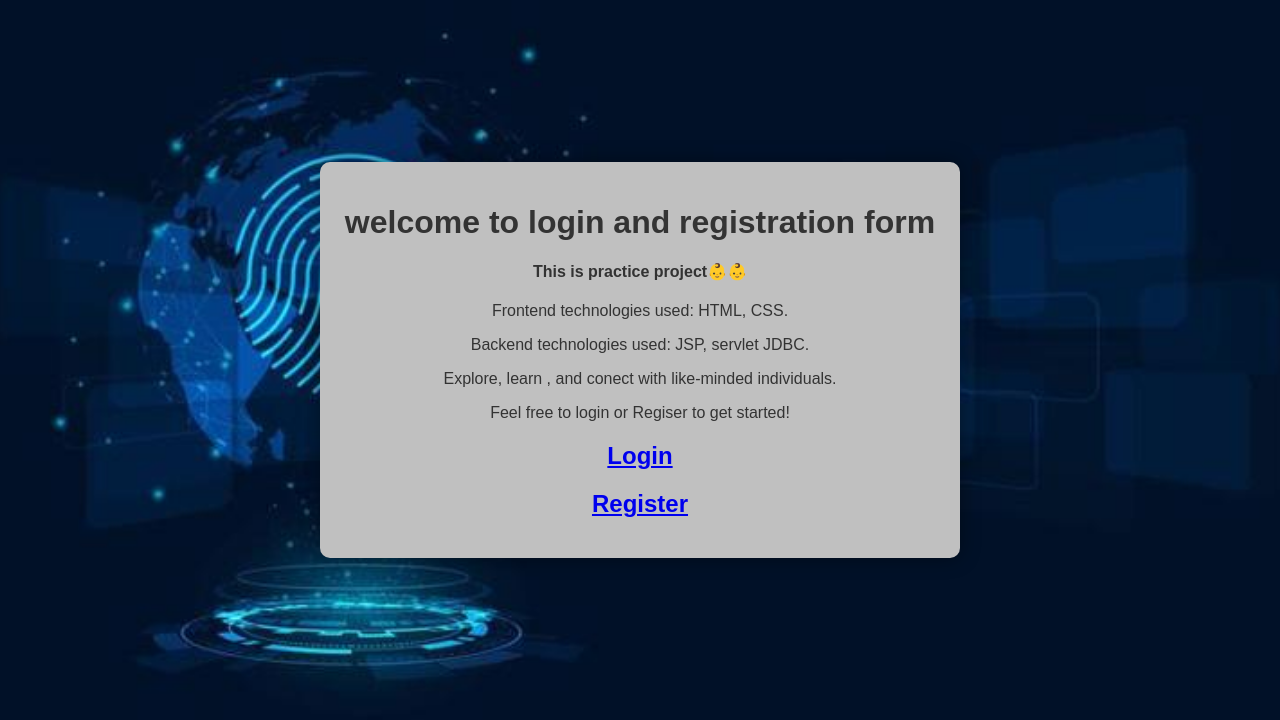
Repository: Rajivkumar2023/java-practice
Page: http://localhost/Login-Registration/
An editor plug-in stored every save of this project. The page is shown before and after the next save, followed by the edit.
The browser window is 1280 px wide. The pictures show the whole page.
The page is served by Tomcat 10. Other server files are loaded and not shown.

Above is the page before, as saved 2024-07-31 09:32:37.

### Login-Registration/src/main/webapp/index.html
<!DOCTYPE html>
<html>
<head>
<meta charset="UTF-8">
<title>Insert title here</title>
<link rel="stylesheet" type="text/css" href="index.css">
</head>
<body>
<div class="containter">
	<h1> welcome to login and registration form</h1>
	<h4><b>This is practice project👶👶</b></h4>
	<p>Frontend technologies used: HTML, CSS. </p>
	<P> Backend technologies used: JSP, servlet JDBC.</P>
	<P> Explore, learn , and conect with like-minded individuals.</P>
	<p> Feel free to login or Regiser to get started!</p>
	<div class="links">
		<a href="login.jsp"><h2>Login</h2></a>

		<a href="register.jsp"><h2>Register</h2></a>
	</div>
</div>
</body>
</html>

### Login-Registration/src/main/webapp/index.css
@charset "UTF-8";
body{
	align-items:center;
	background-color:#BEFD6C;
	font-family:'Arial', sans-sarif;
	justify-content:center;
	height:100vh;
	margin:0;
	background-color:#BEFD6C;
	background-image:url('background_img.jpg');
	background-size:cover;
	background-position:center center;
	background-repeat: no-repeat;
	color:#333;
	display:flex;
	flex-direction:column;
}
.containter{
	width:600px;
	padding:20px;
	border-radius:10px;
	box-shadow: 0 0 20px rgba(0,0,1,0.4);
	background-color:#c0c0c0;
	text-align:center;

}

After the next save:
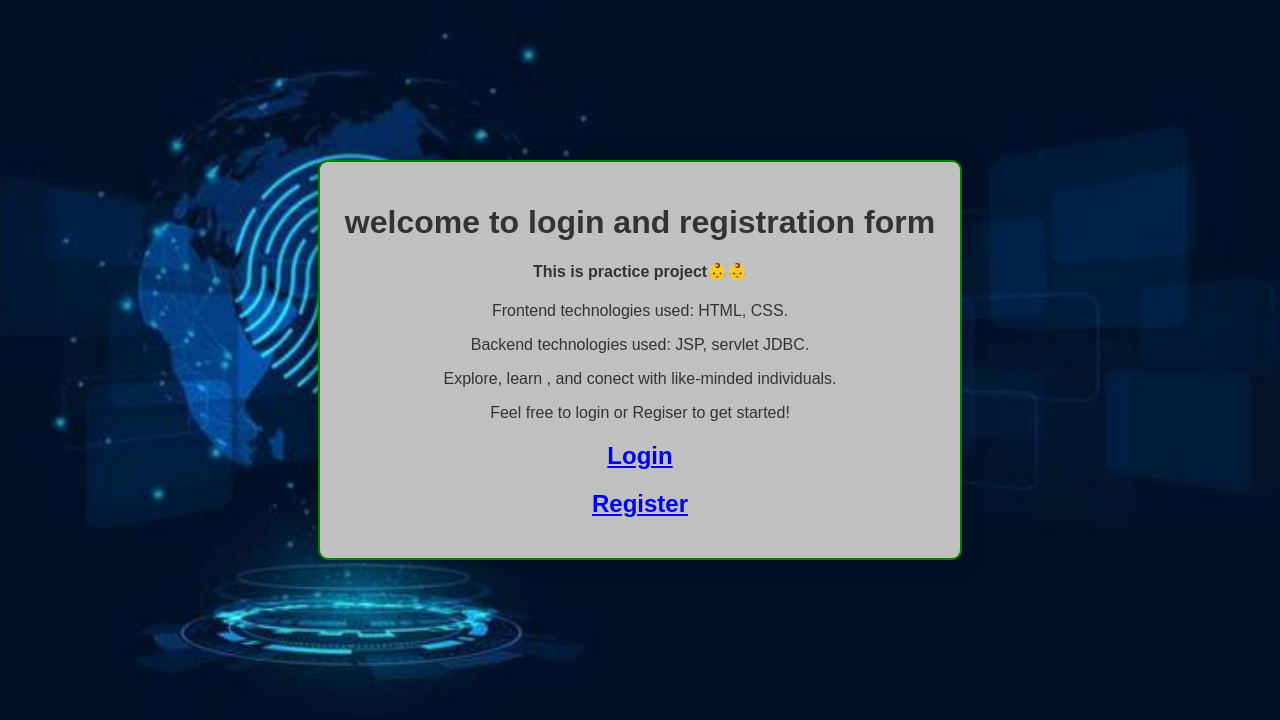
Saved 107 s later.
--- a/Login-Registration/src/main/webapp/index.css
+++ b/Login-Registration/src/main/webapp/index.css
@@ -22,5 +22,6 @@ body{
 	box-shadow: 0 0 20px rgba(0,0,1,0.4);
 	background-color:#c0c0c0;
 	text-align:center;
+	border:2px solid green;
 
 }
